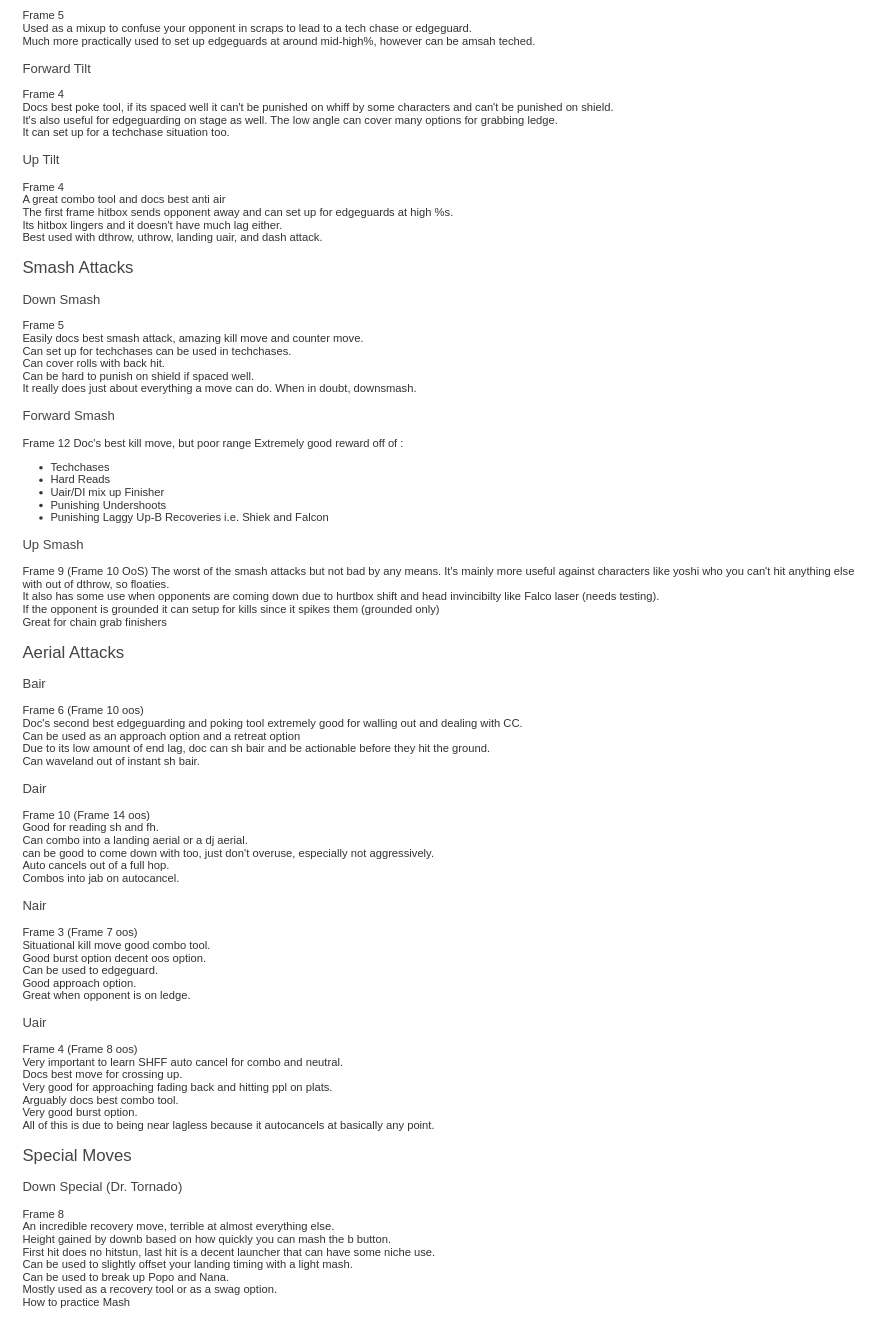
Repository: MatthewBakley/Doc-Document
Page: / (app in melee-doc-web/)
An editor plug-in stored every save of this project. The page is shown before and after the next save, followed by the edit.
The browser window is 1280 px wide. The pictures show the part of the page from y = 881 to 2801 px (the page is 2783 px tall before and 2801 px after), at 70% of full size.
The project was rebuilt for these pictures with package versions that can differ from the ones it lists, and the page was loaded fresh each time. Also part of the build but not shown: melee-doc-web/angular.json.

Above is the page before, as saved 2022-10-29 14:58:50.

### melee-doc-web/src/index.html
<!doctype html>
<html lang="en">
<head>
  <meta charset="utf-8">
  <title>MeleeDocWeb</title>
  <base href="/">
  <meta name="viewport" content="width=device-width, initial-scale=1">
  <link rel="icon" type="image/x-icon" href="favicon.ico">
</head>
<body>
  <app-root></app-root>
</body>
</html>

### melee-doc-web/src/app/app.component.ts
import { Component } from '@angular/core';

@Component({
  selector: 'app-root',
  templateUrl: './app.component.html',
  styleUrls: ['./app.component.css']
})
export class AppComponent {
  title = 'Melee Dr. Mario';
}

### melee-doc-web/src/app/app.component.html
<h1> {{title}}</h1>

<h1>Moveset</h1>
<p><a href="https://meleeframedata.com/dr._mario">Doc Moveset Frame Data</a><br>
  This guide will talk more in terms of application.
</p>


<h2>Jabs</h2>

<h3>Jab 1</h3>
<p>
  Frame 2<br>
  One of Docs most useful neutral mixup tools,
  it can set up for things like downsmash and grab. <br>
  Great for interrupting opponents movement and beating longer startup moves.<br>
  Ends frame 15 making it a great option to call out floaty landings as well. <br>
</p>
<h3>Jab 2</h3>
<p>
  Frame 2<br>
  Not often utilized and for good reason, its basically just jab 1 but you have to do jab 1 to set
  it up, which means that it can be used as an additional mixup out of Jab 1, but not much else.
</p>
<h3>Jab 3</h3>
<p>
  Frame 4<br>
  The same as jab 2 except has some knockback to it so it can be a get off me tool at times and
  it can work on shield some what well, also has one of the lowest reaches of any of his moves
  at ledge.
</p>

<h3>Dash Attack</h3>
<p>
  Frame 6<br>
  Situational combo tool<br>
  Decent burst option<br>
  Sends opponents straight up<br>
  Can cause doc to “low profile” certain moves.<br>
  Leads to a techchase, especially on fast fallers.
</p>

<h2>Tilts</h2>

<h3>Down Tilt</h3>
<p>
  Frame 5<br>
  Used as a mixup to confuse your opponent in scraps to lead to a tech chase or edgeguard.<br>
  Much more practically used to set up edgeguards at around mid-high%, however can be amsah teched.
</p>
<h3>Forward Tilt</h3>
<p>Frame 4<br>
  Docs best poke tool, if its spaced well it can't be punished on whiff
  by some characters and can't be punished on shield.<br>
  It's also useful for edgeguarding on stage as well.
  The low angle can cover many options for grabbing ledge.<br>
  It can set up for a techchase situation too.
  </p>
<h3>Up Tilt</h3>
<p>
  Frame 4<br>
  A great combo tool and docs best anti air<br>
  The first frame hitbox sends opponent away and can set up for edgeguards at high %s.<br>
  Its hitbox lingers and it doesn't have much lag either.<br>
  Best used with dthrow, uthrow, landing uair, and dash attack.
</p>

<h2>Smash Attacks</h2>

<h3>Down Smash</h3>
<p>
  Frame 5<br>
  Easily docs best smash attack, amazing kill move and counter move.<br>
  Can set up for techchases can be used in techchases.<br>
  Can cover rolls with back hit.<br>
  Can be hard to punish on shield if spaced well.<br>
  It really does just about everything a move can do. When in doubt, downsmash.
</p>
<h3>Forward Smash</h3>
<p>
  Frame 12
  Doc's best kill move, but poor range
  Extremely good reward off of :
  </p>
  <ul>
    <li>Techchases</li>
    <li>Hard Reads</li>
    <li>Uair/DI mix up Finisher</li>
    <li>Punishing Undershoots</li>
    <li>Punishing Laggy Up-B Recoveries i.e. Shiek and Falcon</li>
  </ul>
<h3>Up Smash</h3>
<p>
  Frame 9 (Frame 10 OoS)
  The worst of the smash attacks but not bad by any means. It's mainly more useful against
  characters like yoshi who you can't hit anything else with out of dthrow, so floaties.<br>
  It also has some use when opponents are coming down due to hurtbox shift and head invincibilty
  like Falco laser (needs testing).<br>
  If the opponent is grounded it can setup for kills since it spikes them (grounded only)<br>
  Great for chain grab finishers
</p>

<h2>Aerial Attacks</h2>
<h3>Bair</h3>
<p>
  Frame 6 (Frame 10 oos)<br>
  Doc's second best edgeguarding and poking tool extremely good for walling out
  and dealing with CC.<br>
  Can be used as an approach option and a retreat option<br>
  Due to its low amount of end lag, doc can sh bair
  and be actionable before they hit the ground.<br>
  Can waveland out of instant sh bair.
  </p>
<h3>Dair</h3>
<p>
  Frame 10 (Frame 14 oos)<br>
  Good for reading sh and fh.<br>
  Can combo into a landing aerial or a dj aerial.<br>
  can be good to come down with too, just don't overuse, especially not aggressively.<br>
  Auto cancels out of a full hop.<br>
  Combos into jab on autocancel.
</p>
<h3>Nair</h3>
<p>
  Frame 3 (Frame 7 oos)<br>
  Situational kill move good combo tool.<br>
  Good burst option decent oos option.<br>
  Can be used to edgeguard.<br>
  Good approach option.<br>
  Great when opponent is on ledge.
</p>
<h3>Uair</h3>
<p>Frame 4 (Frame 8 oos)<br>
  Very important to learn SHFF auto cancel for combo and neutral.<br>
  Docs best move for crossing up.<br>
  Very good for approaching fading back and hitting ppl on plats.<br>
  Arguably docs best combo tool.<br>
  Very good burst option.<br>
  All of this is due to being near lagless because it autocancels at basically any point.<br>
 </p>

<h2>Special Moves</h2>
<h3>Down Special (Dr. Tornado)</h3>
<p>
  Frame 8<br>
  An incredible recovery move, terrible at almost everything else.<br>
  Height gained by downb based on how quickly you can mash the b button.<br>
  First hit does no hitstun, last hit is a decent launcher that can have some niche use.<br>
  Can be used to slightly offset your landing timing with a light mash.<br>
  Can be used to break up Popo and Nana.<br>
  Mostly used as a recovery tool or as a swag option.<br>
  How to practice Mash<br>
</p>

Loaded but not shown: melee-doc-web/src/styles.css (common file); melee-doc-web/src/main.ts (common file); melee-doc-web/src/app/app.module.ts (common file); melee-doc-web/src/environments/environment.ts (common file); melee-doc-web/src/app/app.component.css (no stored copy; drawn as an empty file)

After the next save:
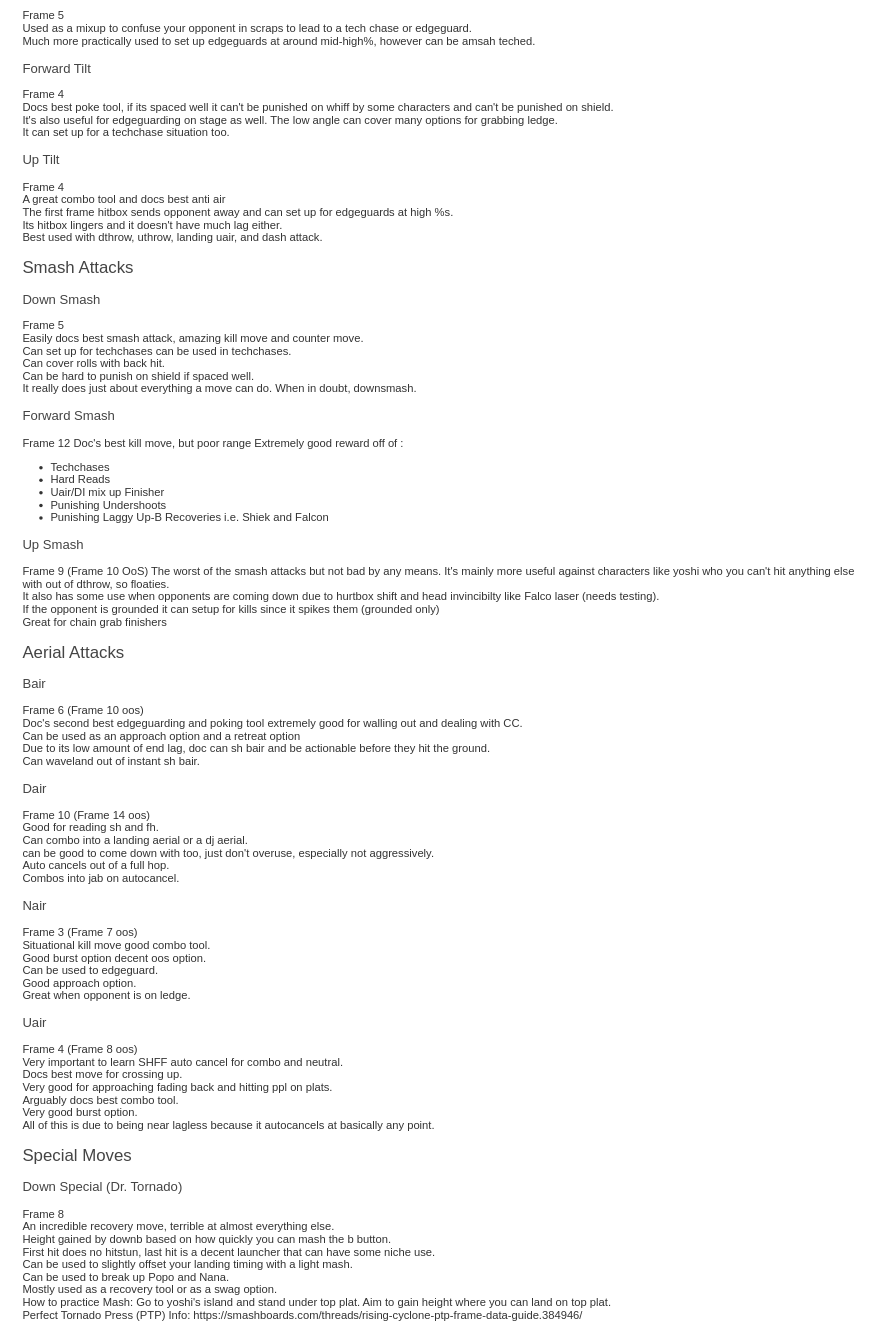
Saved 16 min 42 s later.
--- a/melee-doc-web/src/app/app.component.html
+++ b/melee-doc-web/src/app/app.component.html
@@ -149,5 +149,9 @@
   Can be used to slightly offset your landing timing with a light mash.<br>
   Can be used to break up Popo and Nana.<br>
   Mostly used as a recovery tool or as a swag option.<br>
-  How to practice Mash<br>
+  How to practice Mash:
+  Go to yoshi's island and stand under top plat.
+  Aim to gain height where you can land on top plat.<br>
+  Perfect Tornado Press (PTP) Info:
+  https://smashboards.com/threads/rising-cyclone-ptp-frame-data-guide.384946/<br>
 </p>
